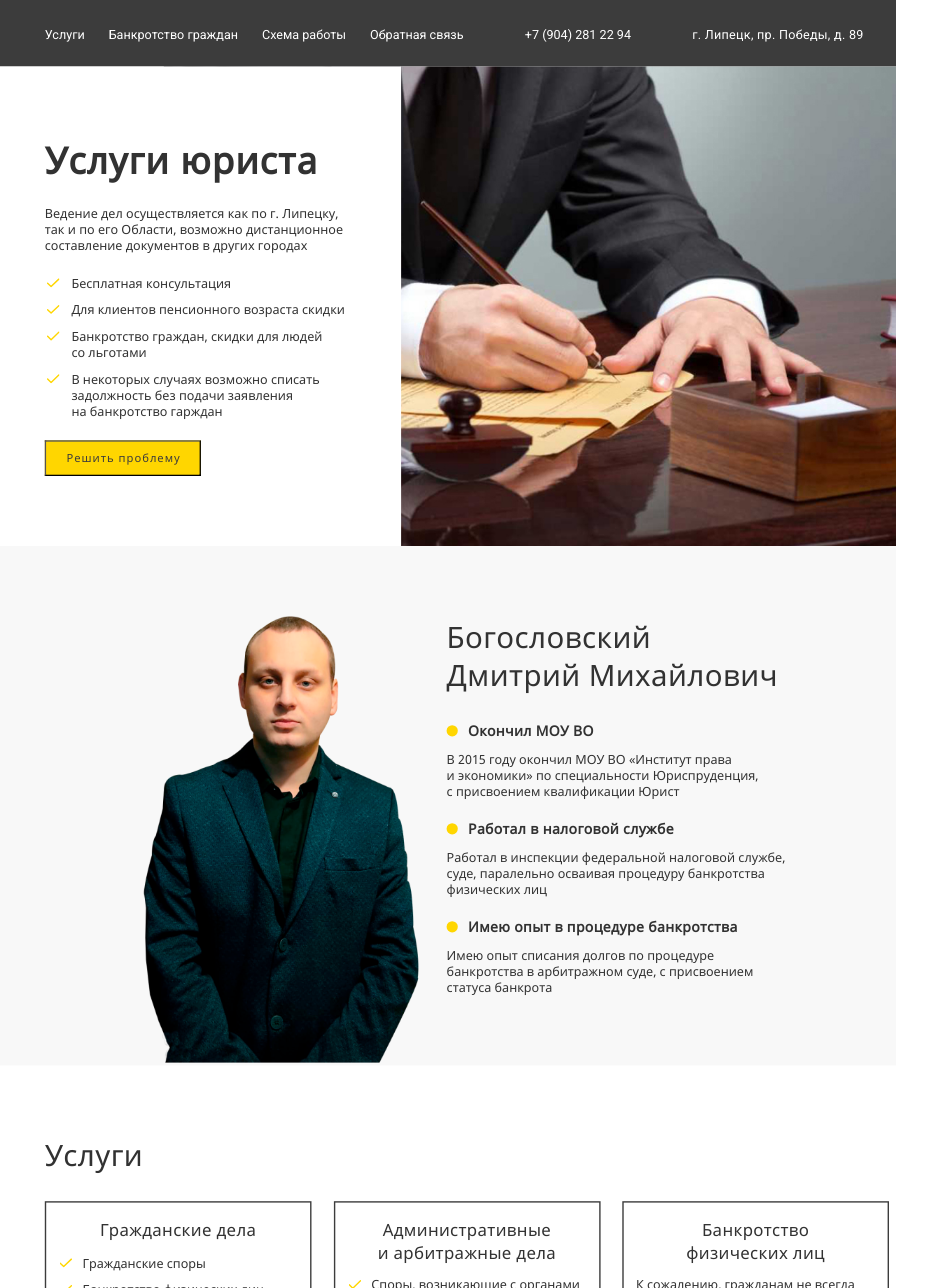
Repository: Nisovaki/antei
Page: http://localhost/
These files come from the project's save history. The page is drawn as it stood at one moment and after a run of saves; the edit follows.
The browser window is 1280 px wide. The page is 1337 px wide, so the pictures cover 1337 px, including what lies to the right of the window. The pictures show the part of the page from y = 0 to 1840 px (the page is 6205 px tall before and 6193 px after), at 70% of full size.
The page is run by PHP 8.4 with error messages shown; the project is at /var/www/html/. Style sheets and scripts are compiled from the project's sources, by tool versions that may differ from the author's.

Above is the page before, as saved 2022-03-23 16:46:05.
Console error: SyntaxError: Invalid or unexpected token

After the next 2 saves:
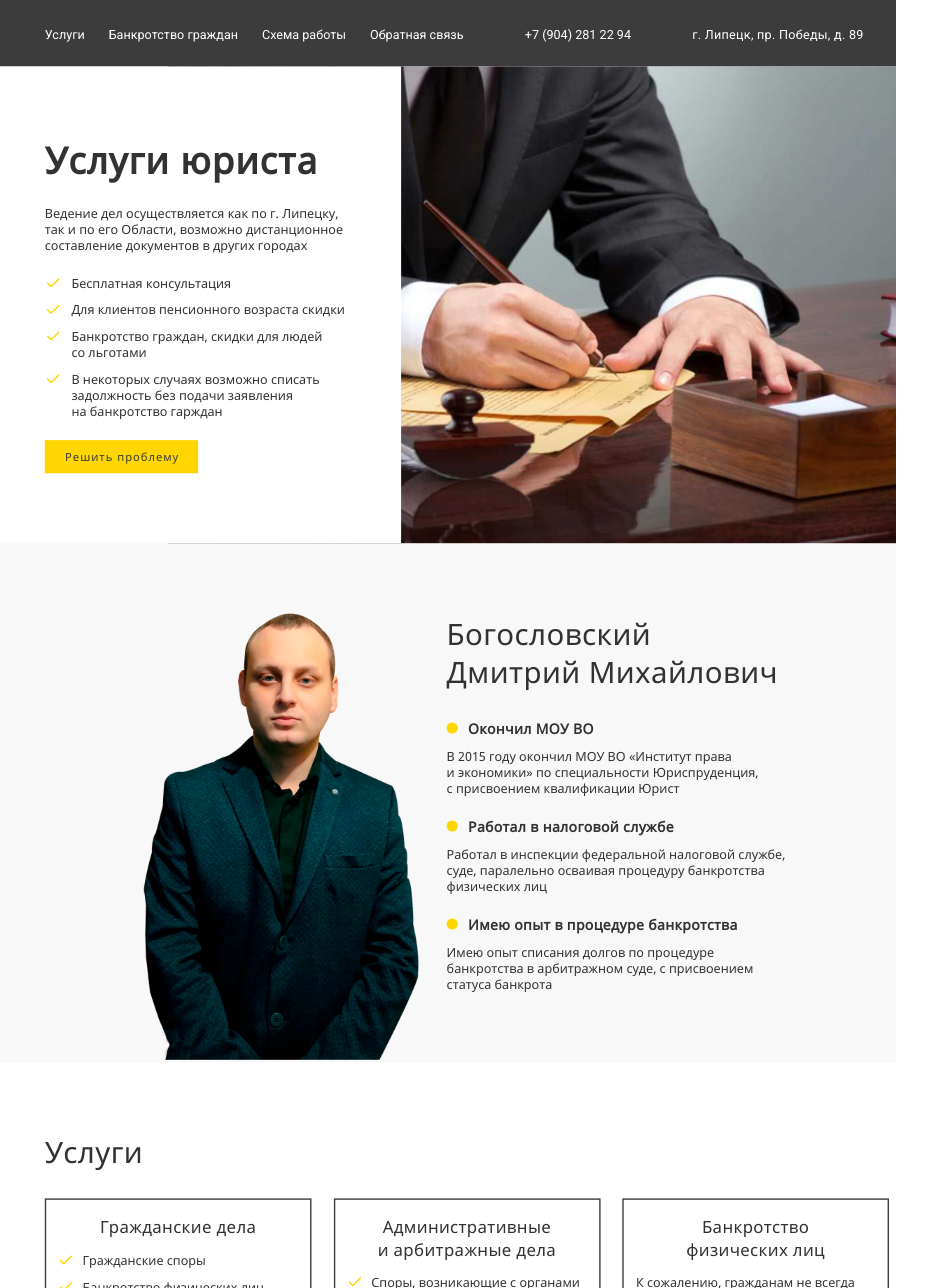
The 2 saves are shown as one change because they came seconds apart.
The last was saved 16 s later.
--- a/sass/_settings.sass
+++ b/sass/_settings.sass
@@ -16,7 +16,7 @@ img
 		left: 10px
 .button
 	background-color: $btn-color
-	// border: 2px solid	$btn-color
+	border: 0px
 	cursor: pointer
 .title
 	font-weight: 500
